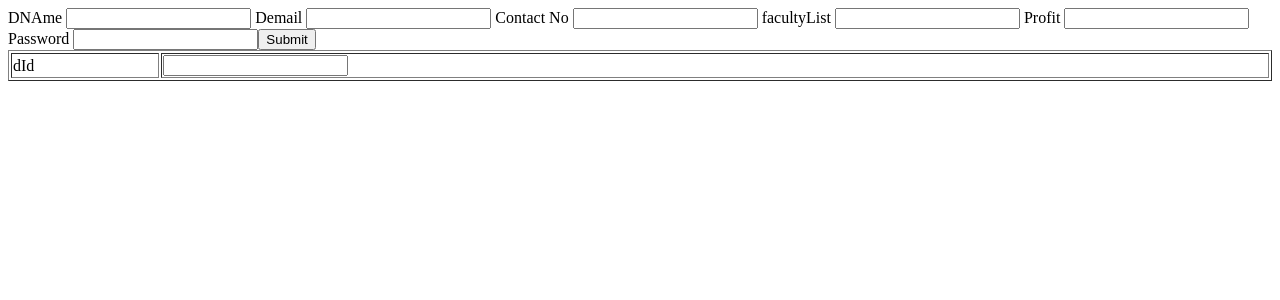
Repository: omkar-falke/SpringDemo
Page: http://localhost/ServletMVC/dept.jsp
The author's editor kept a copy of each file at every save. The page is drawn from the files as they stood at one save, then again after the next save.
The browser window is 1280 px wide. The pictures show the whole page.
The page is served by Tomcat 9. Other server files are loaded and not shown.

Above is the page before, as saved 2019-06-04 09:51:43.

### ServletDemo/ServletMVC/WebContent/dept.jsp
<%@ page language="java" contentType="text/html; charset=ISO-8859-1"
    pageEncoding="ISO-8859-1"%>
<!DOCTYPE html PUBLIC "-//W3C//DTD HTML 4.01 Transitional//EN" "http://www.w3.org/TR/html4/loose.dtd">
<html>
<head>
<meta http-equiv="Content-Type" content="text/html; charset=ISO-8859-1">
<title>Dept Here</title>
</head>
<body>
<table border="1" height="100%" width="100%">
<tr>
<td>dId </td> <td> <input type="text" name="did"></td></tr>
DNAme  <input type="text" name="dname">
Demail <input type="email" name="email">

Contact No <input type="text" name="contact">

facultyList <input type="text" name="flist">

Profit <input type="text" name="profit">

Password <input type="password" name="pass">

<input type="submit" value="Submit">


</table>
</body>
</html>

After the next save:
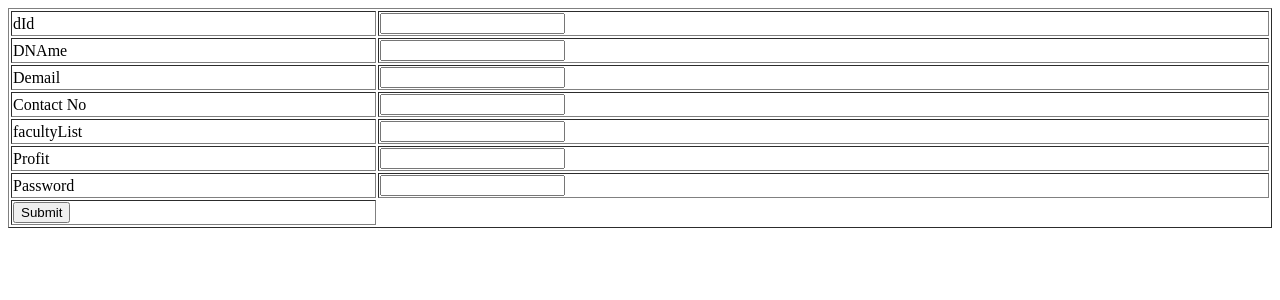
Saved 2 min 11 s later.
--- a/ServletDemo/ServletMVC/WebContent/dept.jsp
+++ b/ServletDemo/ServletMVC/WebContent/dept.jsp
@@ -10,18 +10,19 @@
 <table border="1" height="100%" width="100%">
 <tr>
 <td>dId </td> <td> <input type="text" name="did"></td></tr>
-DNAme  <input type="text" name="dname">
-Demail <input type="email" name="email">
+<tr><td>DNAme </td><td> <input type="text" name="dname"></td></tr>
 
-Contact No <input type="text" name="contact">
+<tr><td>Demail</td> <td><input type="email" name="email"></td></tr>
 
-facultyList <input type="text" name="flist">
+<tr><td>Contact No</td> <td><input type="text" name="contact"></td></tr>
 
-Profit <input type="text" name="profit">
+<tr><td>facultyList</td> <td><input type="text" name="flist"></td></tr>
 
-Password <input type="password" name="pass">
+<tr><td>Profit</td> <td><input type="text" name="profit"></td></tr>
 
-<input type="submit" value="Submit">
+<tr><td>Password</td> <td><input type="password" name="pass"></td></tr>
+
+<tr><td><input type="submit" value="Submit"></td></tr>
 
 
 </table>
